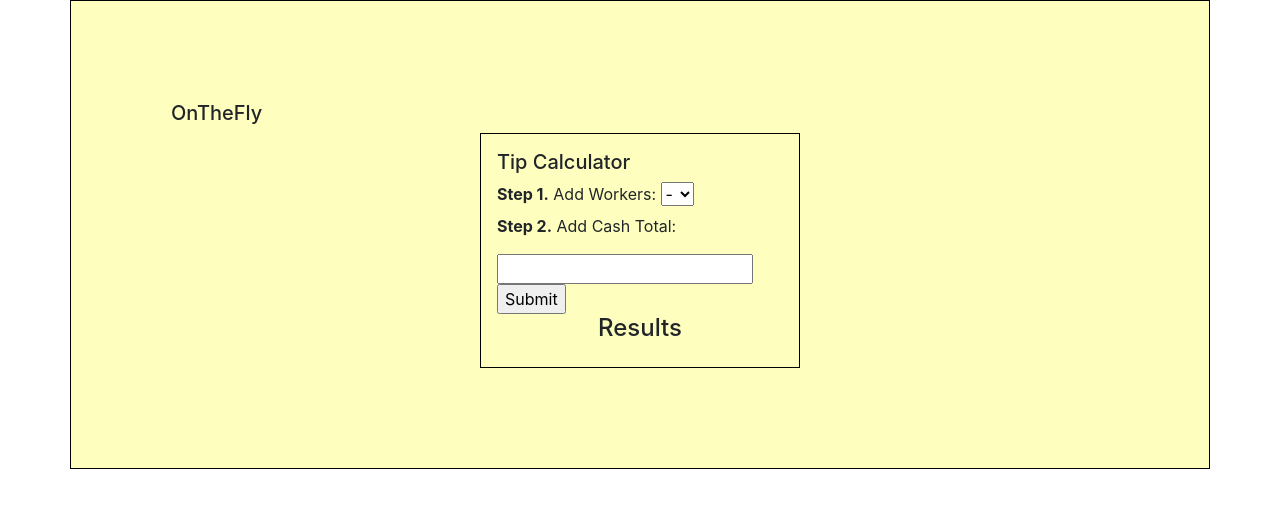
Repository: PBillingsby/on-the-fly
Page: on-the-fly-frontend/index.html
These files come from the project's save history. The page is drawn as it stood at one moment and after the next save; the edit follows.
The browser window is 1280 px wide. The pictures show the whole page.

Above is the page before, as saved 2020-07-13 16:24:38.

### on-the-fly-frontend/index.html
<!DOCTYPE html>
<html lang="en">
<head>
  <meta charset="UTF-8">
  <meta name="viewport" content="width=device-width, initial-scale=1.0">
  <meta http-equiv="X-UA-Compatible" content="ie=edge">
  <link rel="stylesheet" href="https://stackpath.bootstrapcdn.com/bootstrap/4.3.1/css/bootstrap.min.css" integrity="sha384-ggOyR0iXCbMQv3Xipma34MD+dH/1fQ784/j6cY/iJTQUOhcWr7x9JvoRxT2MZw1T" crossorigin="anonymous">
  <link rel="stylesheet" href="css/style.css">
  <script src="scripts/tipScript.js"></script>
  <title>Document</title>
</head>
<body>
  <div class="container">
    <header>
      <h5>OnTheFly</h5>
    </header>
    <div class="tip-calculator mx-auto">
        <div id="worker-form" class="mx-auto">
          <h5>Tip Calculator</h5>
          <label><strong>Step 1.</strong> Add Workers:</label>
          <select name="worker" id="addworker" onchange="addWorker(value)">
            <option value="-" disable>-</option>
            <option value="1">1</option>
            <option value="2">2</option>
            <option value="3">3</option>
            <option value="4">4</option>
            <option value="5">5</option>

          </select>

          <form id="form-block">
          </form>
          <p><strong>Step 2.</strong> Add Cash Total:</p><input type="number" placeholder="" id="cashTips"></span>
          <input type="submit" placeholder="Add Cash" onclick="calculateTips()">

        </div>
        <div id="results" class="mx-auto">
          <h4 class="text-center">Results</h4>
        </div>
      </div>
  </div>

</body>
</html>

### on-the-fly-frontend/css/style.css
.container {
  background-color: rgb(254, 255, 190);
  border: 1px solid black;
  padding: 100px;
}

.tip-calculator {
  padding: 1rem;
  width: 25vw;
  border: 1px solid black;
}
@media(max-width: 640px) {
  .container {
    width: 75%;
    display: block;
    text-align: center;
    padding: 25px;
  }
  #worker-form {
    padding: 10px;
  }
}

### on-the-fly-frontend/scripts/tipScript.js
function addWorker(value) {
  const form = document.getElementById('form-block');
  form.addEventListener("submit", () => {
    event.preventDefault();
  })
  for (i = 0; i < value; i++) {
    const newForm = `
  <div id="worker[${i + 1}]" class="worker-div">
    <h4>Worker ${i + 1}</h4>
    <div class="form-group">
      <input type="text" name="worker" class="" placeholder="Worker Name">
    </div>
    <div class="form-group">
      <input type="number" name="hours" placeholder="Hours Worked">
    </div>
  </div>`;
    document.getElementById('form-block').innerHTML += newForm;
  }
  if (document.getElementById('form-block').childNodeCount > 0) {
      event.preventDefault();
      }
}

function calculateTips() {
  let workers = [];
  let cashTip = parseInt(document.getElementById('cashTips').value)
  for (let i = 0; i < document.getElementsByClassName('worker-div').length; i++) {
    let workerInfo = {
      name: document.getElementById(`worker[${i + 1}]`).querySelector('input').value,
      hours: parseInt(document.getElementById(`worker[${i + 1}]`).querySelectorAll('input')[1].value) // Multiply by hourly
    }
    workers.push(workerInfo)
  }
  returnTips(workers, cashTip);
}

function returnTips(arr, cashTips) {
  let count = 0;
  arr.forEach(obj => count += obj.hours)
  const hourly = cashTips / count;
  arr.forEach(worker => {
    document.getElementById('results').innerHTML = `<h4>${worker.name} you made $${parseFloat(worker.hours * hourly).toFixed(2)}</h4>`;
  })
  document.getElementById('results').innerHTML += ` <button type="submit" onclick="refreshPage()">Reload</button>`
}

function refreshPage() {
  window.location.href = window.location.href
}

After the next save:
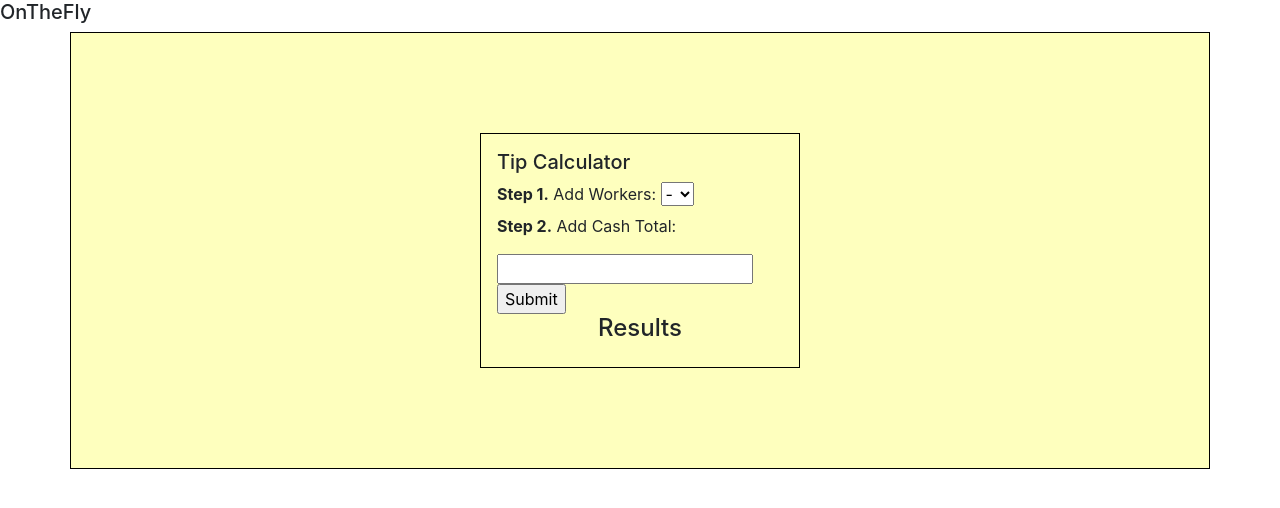
Saved 8 s later.
--- a/on-the-fly-frontend/index.html
+++ b/on-the-fly-frontend/index.html
@@ -10,10 +10,10 @@
   <title>Document</title>
 </head>
 <body>
+    <header>
+        <h5>OnTheFly</h5>
+      </header>
   <div class="container">
-    <header>
-      <h5>OnTheFly</h5>
-    </header>
     <div class="tip-calculator mx-auto">
         <div id="worker-form" class="mx-auto">
           <h5>Tip Calculator</h5>
